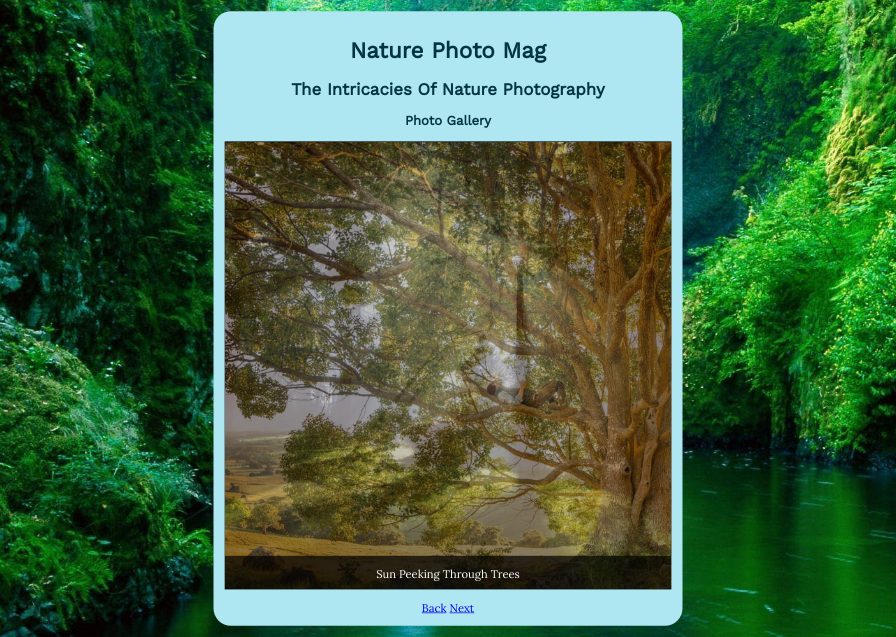
Repository: alexmaddux99/Image-Gallery
Page: index.html
These files come from the project's save history. The page is drawn as it stood at one moment and after the next save; the edit follows.
The browser window is 1280 px wide. The pictures show the part of the page from y = 0 to 1920 px (the page is 910 px tall before and 6890 px after), at 70% of full size.
Pictures or frames that could not be fetched are drawn as grey boxes. Backgrounds fixed to the window are drawn as part of the page.

Above is the page before, as saved 2022-03-10 11:11:28.

### index.html
<!DOCTYPE html>
<html lang="en">
<head>
  <meta charset="UTF-8">
  <meta http-equiv="X-UA-Compatible" content="IE=edge">
  <meta name="viewport" content="width=device-width, initial-scale=1.0">
  <title>Nature Photo Mag - The Intricacies Of Nature Photography - Photo Gallery</title>
  <link rel="stylesheet" href="css/main.css">
  <script  src="js/main.js" defer></script>

</head>
<body>

<div class="content">
<h1>Nature Photo Mag</h1>
<h2>The Intricacies Of Nature Photography</h2>
<section>
  <h3>Photo Gallery</h3>

  <figure class="frame">

    <img class="slide current" src="images/1.jpg" alt="Man Sleeping In Tree">
    <img class="slide" src="images/2.jpg" alt="Sun Peeking Through Trees">
    <img class="slide" src="images/3.jpg" alt="Couple Looking At Mountain Overlooking Lake">
    <img class="slide" src="images/4.jpg" alt="Northern Lights">
    <img class="slide" src="images/5.jpg" alt="Storm On The Coast">
    <img class="slide" src="images/6.jpg" alt="Mountain Overlooking house">
    <img class="slide" src="images/7.jpg" alt="Aerial Shot of Antartic Landscape">
    <img class="slide" src="images/8.jpg" alt="Close Up Of Crystal">
    <img class="slide" src="images/9.jpg" alt="Aerial Shot Of Remote Landscape">
    <img class="slide" src="images/10.jpg" alt="Aerial Shot Overlooking Ice Berg">




    <figcaption class="caption"></figcaption>
  </figure>

  <div class="controls">
    <a href="#" class="back-btn">Back</a>
    <a href="#" class="next-btn">Next</a>
  </div>

</section>
</div>

</body>
</html>

### css/main.css
@import url('https://fonts.googleapis.com/css2?family=Lora&family=Work+Sans&display=swap');

* {
  box-sizing:border-box;
}



body {
  color: #013440;
  text-align:center;
  background-image: url(../images/background.jpg);
  background-attachment: fixed;
}

h1, h2, h3{

  font-family: 'Work Sans', sans-serif;

}

section {
  min-height: max-content;
  width: 100%;
  margin: auto;
}

.frame {
  background-color: black;
  position:relative;
  max-width:640px;
  width: 100%;
  height:640px;
  margin: 1rem auto;

}

.slide {
  object-fit: contain;
  width: 100%;
  height: 100%;
  display:block;
  margin-bottom: 2rem;
}


.hide {
  opacity: 0;
  transition: opacity .5s ease-out;
}


.current {
  transition: opacity .5s ease-out;
}


.abs-pos {
  position: absolute;
}

.caption {
  font-family: 'Lora', serif;
  position: absolute;
  z-index: 3;
  color: #fff;
  background: rgba(0, 0, 0, .7);
  bottom: 0;
  width: 100%;
  height: 1rem;
  padding: 1rem 1rem 2rem 1rem;
}

.controls {
  font-family: 'Lora', serif;
  display: none;
}

.content{
  margin: 1rem;
    padding: 1rem;
  background-color: #AEE6F2;
  border-radius: 25px;
}

@media only screen and (min-width: 768px) {
  .content{
      margin-left: auto;
      margin-right: auto;
      align-content: center;
      max-width: 670px;
  }
  }

### js/main.js
document.addEventListener('DOMContentLoaded', init);
const myInterval = "";

function init() {
  //create shortcut vars
  const back_btn = document.querySelector(".back-btn");
  const next_btn = document.querySelector(".next-btn");
  const frame = document.querySelector(".frame");
  const slides = frame.querySelectorAll("img");
  const caption = document.querySelector(".caption");
  const controls = document.querySelector(".controls");


  //with JS active, hide all images
  slides.forEach((slide) => {
    slide.classList.add("hide", "abs-pos");
  });

  // show the first slide
  slides[0].classList.remove("hide");

  //make the controls work
   next_btn.addEventListener("click",changeSlide);
   back_btn.addEventListener("click", changeSlide);

   // set the caption dynamically
   caption.innerHTML = frame.firstElementChild.alt;



   //show the controls
   controls.style.display = "block";

   const myInterval = setInterval(changeSlide, 5000);
}



function changeSlide(e) {

    // stop link from trying to reload page
    if(e){
      e.preventDefault();
      clearInterval(myInterval);
    }

    //shortcut vars
    const frame = document.querySelector(".frame");
    const slides = frame.querySelectorAll("img");
    const caption = document.querySelector(".caption");
    let showing = document.querySelector(".current");

    let nextUp = "";

    if(!e || e.target.className == 'next-btn') {
      nextUp = showing.nextElementSibling;
    }else{
      nextUp = showing.previousElementSibling;
    }


    // deactivate current image
    showing.classList.toggle("hide");
    showing.classList.toggle("current");

    //make sure next image is there
    if (!nextUp) {
      nextUp = slides[slides.length - 1];
    }

    if (nextUp.nodeName !== "IMG") {
      nextUp = slides[0];
    }

    // activate next image
    nextUp.classList.toggle("hide");
    nextUp.classList.toggle("current");

    //change caption text
    caption.innerHTML = nextUp.alt;
  }

After the next save:
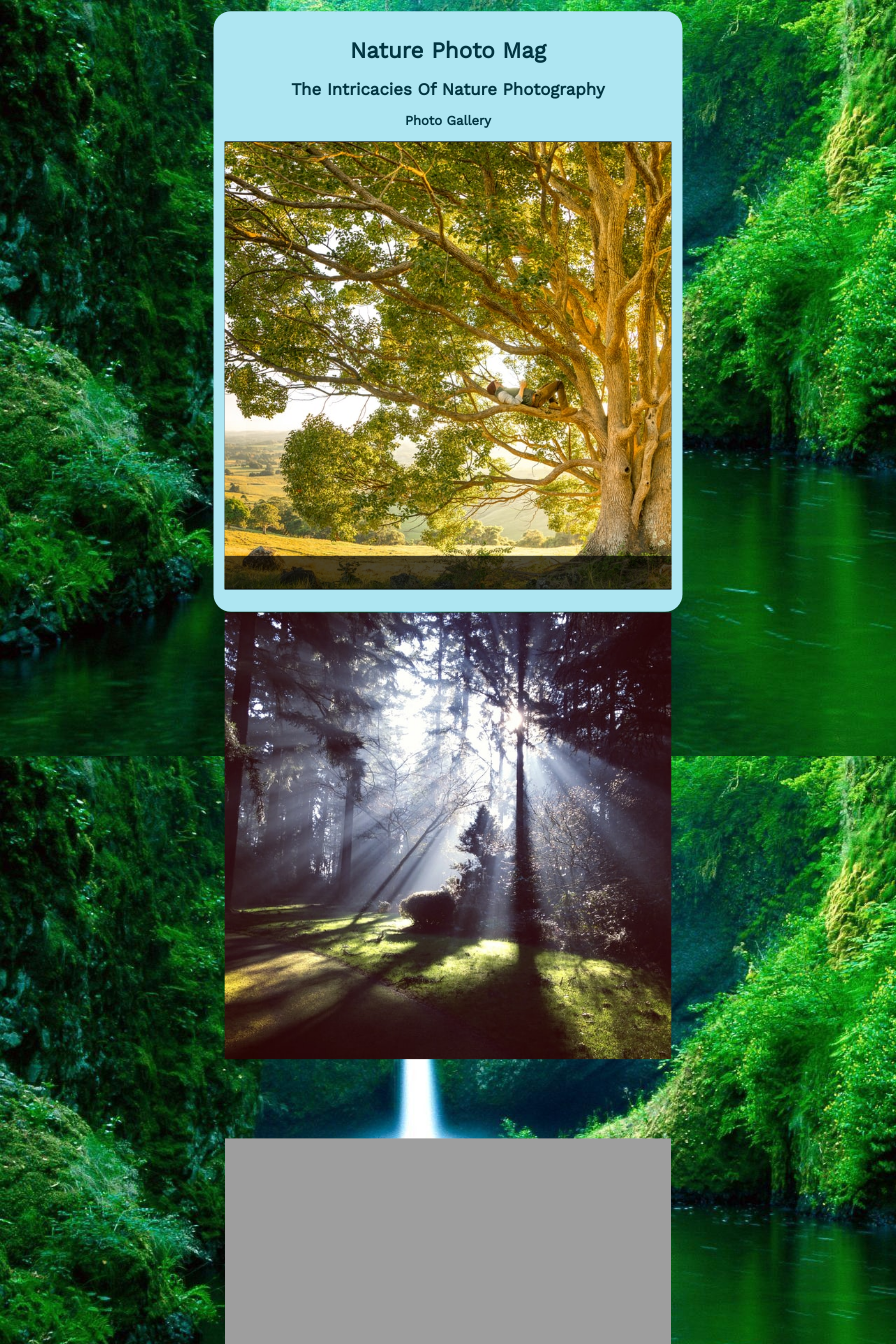
Console error: SyntaxError: Identifier 'myInterval' has already been declared
Saved 42 s later.
--- a/js/main.js
+++ b/js/main.js
@@ -1,5 +1,6 @@
 document.addEventListener('DOMContentLoaded', init);
 const myInterval = "";
+const myInterval = setInterval(changeSlide, 5000);
 
 function init() {
   //create shortcut vars
@@ -31,7 +32,7 @@
    //show the controls
    controls.style.display = "block";
 
-   const myInterval = setInterval(changeSlide, 5000);
+
 }
 
 

After the save that followed:
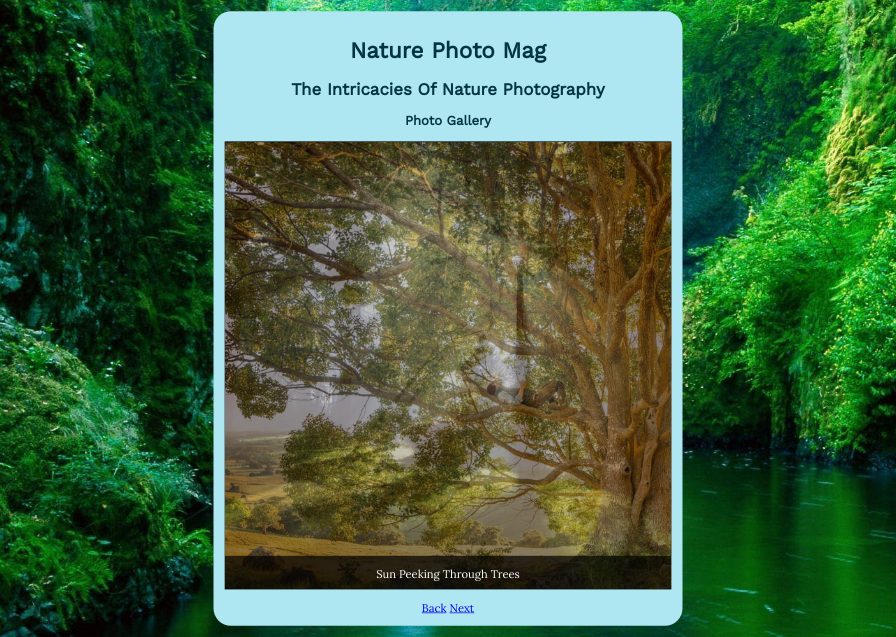
The error is gone.
Saved 8 s later.
--- a/js/main.js
+++ b/js/main.js
@@ -1,6 +1,5 @@
 document.addEventListener('DOMContentLoaded', init);
 const myInterval = "";
-const myInterval = setInterval(changeSlide, 5000);
 
 function init() {
   //create shortcut vars
@@ -32,7 +31,7 @@
    //show the controls
    controls.style.display = "block";
 
-
+   const myInterval = setInterval(changeSlide, 5000);
 }
 
 
